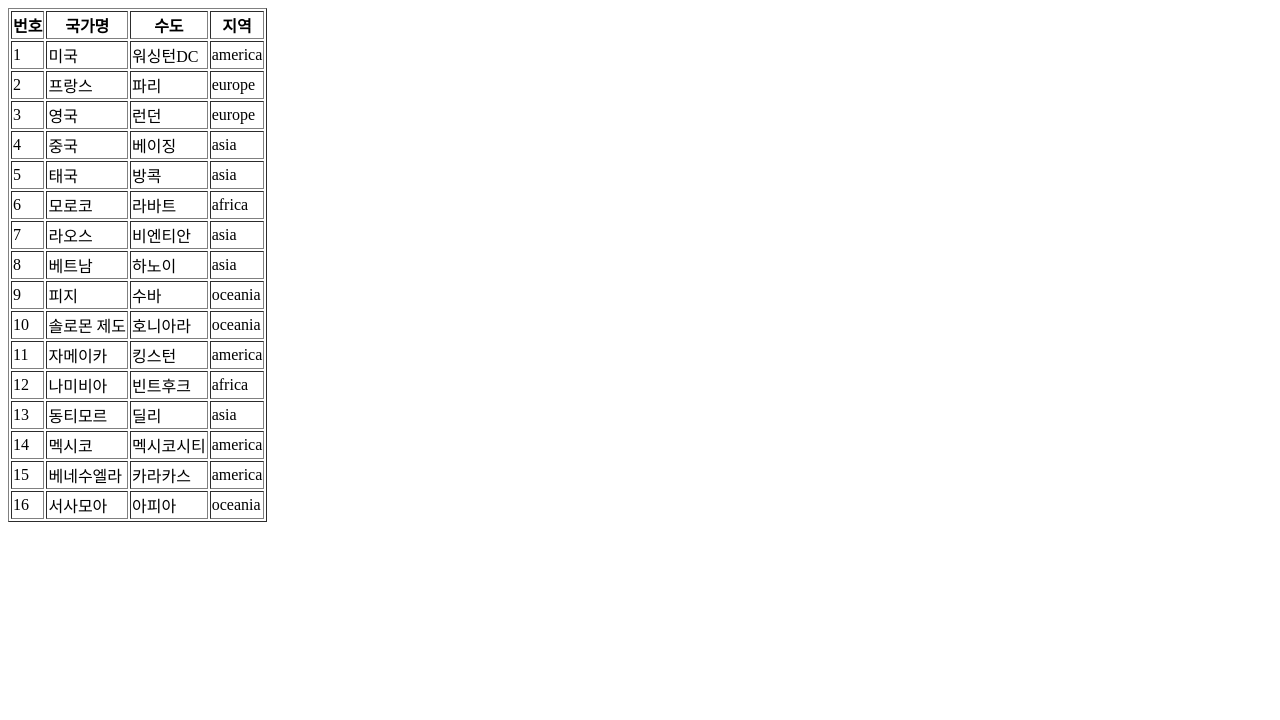
Repository: KangHoi/encore_vueWorkspace
Page: vue03_Event/WebContent/vue04_example.html
These files come from the project's save history. The page is drawn as it stood at one moment and after the next save; the edit follows.
The browser window is 1280 px wide. The pictures show the whole page.

Above is the page before, as saved 2021-07-12 02:10:41.

### vue03_Event/WebContent/vue04_example.html
<!DOCTYPE html>
<html>
<head>
<meta charset="UTF-8">
<title>Insert title here</title>
<script src="https://cdn.jsdelivr.net/npm/vue/dist/vue.js"></script>

</head>
<body>
	<div id="country">
		<table id ="tid" border="1px">
			<thead>
				<tr>
					<th>번호</th><th>국가명</th><th>수도</th><th>지역</th>
				</tr>
			</thead>

			<tbody>
				<tr v-for="country in countries">
					<td v-html="country.no"></td>
					<td v-html="country.name"></td>
					<td v-html="country.capital"></td>
					<td v-html="country.region"></td>
				</tr>
			</tbody>
		</table>
	</div>
	<script>
	var model = {
		countries: [
			{ no: 1, name: "미국", capital: "워싱턴DC", region: "america"},
			{ no: 2, name: "프랑스", capital: "파리", region: "europe"},
			{ no: 3, name: "영국", capital: "런던", region: "europe"},
			{ no: 4, name: "중국", capital: "베이징", region: "asia"},
			{ no: 5, name: "태국", capital: "방콕", region: "asia"},
			{ no: 6, name: "모로코", capital: "라바트", region: "africa"},
			{ no: 7, name: "라오스", capital: "비엔티안", region: "asia"},
			{ no: 8, name: "베트남", capital: "하노이", region: "asia"},
			{ no: 9, name: "피지", capital: "수바", region: "oceania"},
			{ no: 10, name: "솔로몬 제도", capital: "호니아라", region: "oceania"},
			{ no: 11, name: "자메이카", capital: "킹스턴", region: "america"},
			{ no: 12, name: "나미비아", capital: "빈트후크", region: "africa"},
			{ no: 13, name: "동티모르", capital: "딜리", region: "asia"},
			{ no: 14, name: "멕시코", capital: "멕시코시티", region: "america"},
			{ no: 15, name: "베네수엘라", capital: "카라카스", region: "america"},
			{ no: 16, name: "서사모아", capital: "아피아", region: "oceania"},
		]
	}

	new Vue({
		el: '#country',
		data: model
	})
	</script>
</body>
</html>

After the next save:
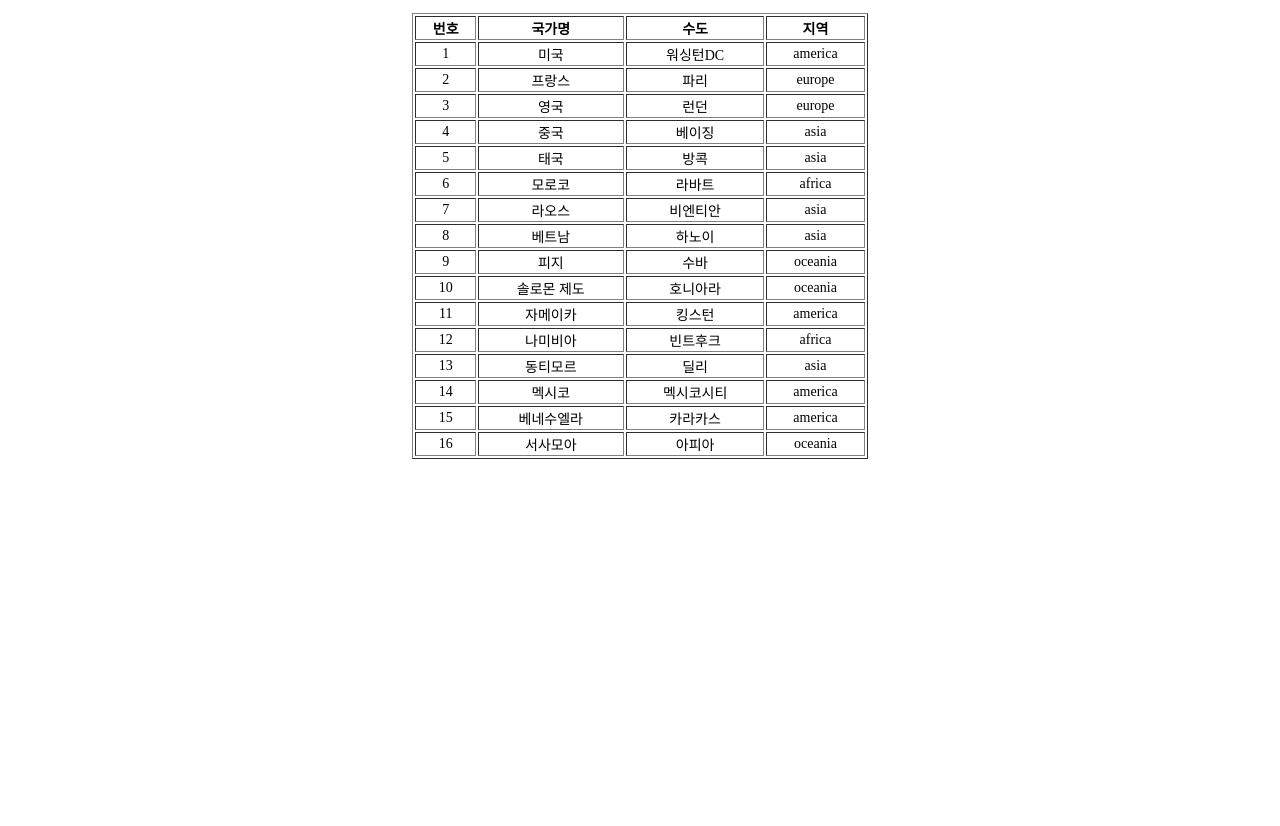
Saved 84 s later.
--- a/vue03_Event/WebContent/vue04_example.html
+++ b/vue03_Event/WebContent/vue04_example.html
@@ -3,6 +3,21 @@
 <head>
 <meta charset="UTF-8">
 <title>Insert title here</title>
+<style>
+	#country{
+		width: 60%;
+		height: 800px;
+		margin:0 auto;
+		padding: 5px;
+		text-align: center;
+		font-size: 14px;
+
+	}
+	#tid{
+		width: 60%;
+		margin: 0 auto;
+	}
+</style>
 <script src="https://cdn.jsdelivr.net/npm/vue/dist/vue.js"></script>
 
 </head>
